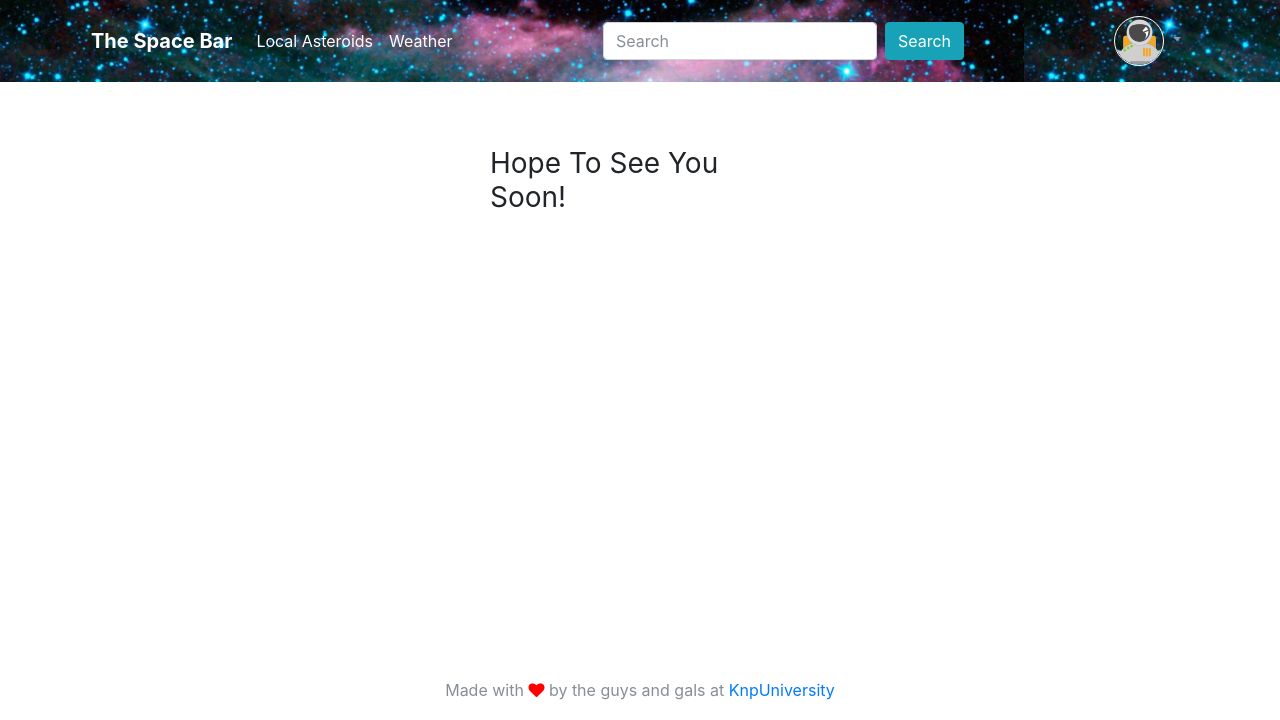
Repository: Ebrahim1820/symfony
Page: templates/security/logout.html.twig
An editor plug-in stored every save of this project. The page is shown before and after a run of saves, followed by the edit.
The browser window is 1280 px wide. The pictures show the whole page.
Some web libraries are served in a nearby version. The page is a Twig template of a Symfony application; nobody is signed in and links lead nowhere. The template is opened directly, without the code that normally fills it, so the values that code supplies are empty.

Above is the page before, as saved 2024-01-31 18:02:03.

### templates/security/logout.html.twig
{% extends 'base.html.twig' %}

{% block title %}Log in!{% endblock %}

{% block stylesheets %}

 {{parent()}}

 <link rel='stylesheet' href="{{ asset('css/login.css')}}">
{% endblock %}
{% block body %}





 <form class="form-signin" method="post">

        <h1 class="h3 mb-3 font-weight-normal">Hope To See You Soon! </h1>

    </form>

{% endblock %}

### templates/base.html.twig
<!doctype html>
<html lang="en">

    <head>
        <title>{% block title %}Welcome to the SpaceBar{% endblock %}</title>
        <meta charset="utf-8">
        <meta name="viewport" content="width=device-width, initial-scale=1, shrink-to-fit=no">

        {% block stylesheets %}
            <link rel="stylesheet" href="https://maxcdn.bootstrapcdn.com/bootstrap/4.0.0-beta.2/css/bootstrap.min.css" integrity="sha384-PsH8R72JQ3SOdhVi3uxftmaW6Vc51MKb0q5P2rRUpPvrszuE4W1povHYgTpBfshb" crossorigin="anonymous">
            <link rel='stylesheet' href="{{ asset('/css/font-awesome.css') }}">
            <link rel='stylesheet' href="{{ asset('/css/styles.css') }}">

        {% endblock %}
    </head>

    <body>
        <nav class="navbar navbar-expand-lg navbar-dark navbar-bg mb-5">
            <a style="margin-left: 75px;" class="navbar-brand space-brand" href="{{path('app_homepage')}}">The Space Bar</a>
            <button class="navbar-toggler" type="button" data-toggle="collapse" data-target="#navbarNavDropdown" aria-controls="navbarNavDropdown" aria-expanded="false" aria-label="Toggle navigation">
            <span class="navbar-toggler-icon"></span>
          </button>
            <div class="collapse navbar-collapse" id="navbarNavDropdown">
                <ul class="navbar-nav mr-auto">
                     <li class="nav-item">
                       <a style="color: #fff;" class="nav-link" href="#">Local Asteroids</a>
                     </li>
                     <li class="nav-item">
                       <a style="color: #fff;" class="nav-link" href="#">Weather</a>
                     </li>
                   </ul>
                <form class="form-inline my-2 my-lg-0">
                    <input class="form-control mr-sm-2" type="search" placeholder="Search" aria-label="Search">
                    <button class="btn btn-info my-2 my-sm-0" type="submit">Search</button>
                </form>
                <ul class="navbar-nav ml-auto">

                {# <li class="nav-item">
                       <a style="color: #fff;" class="nav-link" href="{{path('app_login')}}">Login</a>
                     </li> #}
                    <li class="nav-item dropdown" style="margin-right: 75px;">
                        <a class="nav-link dropdown-toggle" href="http://example.com" id="navbarDropdownMenuLink" data-toggle="dropdown" aria-haspopup="true" aria-expanded="false">
                  <img class="nav-profile-img rounded-circle" src="{{ asset('images/astronaut-profile.png') }}">
                </a>
                        <div class="dropdown-menu" aria-labelledby="navbarDropdownMenuLink">
                            {# <a class="dropdown-item" href="#">Profile</a>
                            <a class="dropdown-item" href="#">Create Post</a> #}
                            <a class="dropdown-item" href="/{{app.user ? 'logout':'login'}}">{{app.user ? 'Logout':'Login'}}</a>
                        </div>
                    </li>
                </ul>
            </div>
        </nav>

        {% block body %}{% endblock %}

        <footer class="footer">
            <div class="container text-center">
                <span class="text-muted">Made with <i class="fa fa-heart" style="color: red;"></i> by the guys and gals at <a href="https://knpuniversity.com">KnpUniversity</a></span>
            </div>
        </footer>


        {% block javascripts %}
            <script src="https://code.jquery.com/jquery-3.2.1.min.js" integrity="sha256-hwg4gsxgFZhOsEEamdOYGBf13FyQuiTwlAQgxVSNgt4=" crossorigin="anonymous"></script>
            <script src="https://cdnjs.cloudflare.com/ajax/libs/popper.js/1.12.3/umd/popper.min.js" integrity="sha384-vFJXuSJphROIrBnz7yo7oB41mKfc8JzQZiCq4NCceLEaO4IHwicKwpJf9c9IpFgh" crossorigin="anonymous"></script>
            <script src="https://maxcdn.bootstrapcdn.com/bootstrap/4.0.0-beta.2/js/bootstrap.min.js" integrity="sha384-alpBpkh1PFOepccYVYDB4do5UnbKysX5WZXm3XxPqe5iKTfUKjNkCk9SaVuEZflJ" crossorigin="anonymous"></script>
            <script>
                $('.dropdown-toggle').dropdown();
            </script>
        {% endblock %}
    </body>
</html>

### public/css/styles.css
body {
    position: relative;
    background: #efefee;
    min-height: 45rem;
    padding-bottom: 80px;
}

html {height:100%}

/* NAVIGATION */

.navbar-bg {
    background: url('../images/space-nav.jpg');
    background-size: 80%;
}

.dropdown-menu, .dropdown-menu.show {
    right: 0;
}

.space-brand {
    color: #fff;
    font-weight: bold;
}

.nav-profile-img {
    width: 50px;
    border: 1px solid #fff;
}


/* LOGIN REGISTRATION */

.form-container {
    border-left: 1px solid #ddd;
    border-right: 1px solid #ddd;
    border-bottom: 1px solid #ddd;
    background: #fff;
}

.inactive {
    border-color: lightgray lightgray lightgray;
    background: darkgray;
    color: #fff;
}

.nav-tabs .nav-link:focus, .nav-tabs .nav-link:hover {
    color: #efefee;
}

/* ADVERTISEMENT */

.ad-space {
    background: #fff;
    border-radius: 5px;
    border-top: 5px solid green;
}

.advertisement-img {
    width: 150px;
    height: auto;
    border: 2px solid #efefee;
    border-radius: 5px;
}

.advertisement-text {
    font-weight: bold;
}

.quote-space {
    background: #fff;
    margin-top: 30px;
    border-radius: 5px;
    border-top: 5px solid hotpink;
}

/* ARTICLES */

.main-article {
    border: 2px solid #efefee;
    Background: #fff;
    border-top-left-radius: 6px;
    border-top-right-radius: 6px;
}

.main-article img {
    width: 100%;
    height: 250px;
    border-top-right-radius: 5px;
    border-top-left-radius: 5px;
    border-top: 5px solid lightblue;
}

.article-container {
    border: 1px solid #efefee;
    border-top-left-radius: 5px;
    border-bottom-left-radius: 5px;
    background: #fff;
}

.main-article-link, .article-container a {
    text-decoration: none;
    color: #000;
}

.main-article-link:hover {
    text-decoration: none;
    color: #000;
}

.article-title {
    min-width: 300px;

}

@media (max-width: 440px) {
    .article-title {
        min-width: 100px;
        max-width: 245px;
    }
}

.article-img {
    height: 100px;
    width: 100px;
    border-top-left-radius: 5px;
    border-bottom-left-radius: 5px;
}

.article-author-img {
    height: 25px;
    border: 1px solid darkgray;
}

.article-details {
    font-size: .8em;
}

/* PROFILE */

.profile-img {
    width: 150px;
    height: auto;
    border: 2px solid #fff;
}

.profile-name {
    font-size: 1.5em;
}

.my-article-container {
    background: #FFBC49;
    border: solid 1px #efefee;
    border-radius: 5px;
}


/* CREATE ARTICLE */

.create-article-container {
    min-width: 400px;
    background-color: lightblue;
    border-radius: 5px;
}

/* ARTICLE SHOW PAGE */

.show-article-container {
    width: 100%;
    background-color: #fff;

}

.show-article-img {
    width: 250px;
    height: auto;
    border-radius: 5px;
}

.show-article-title {
    font-size: 2em;
}

.like-article, .like-article:hover {
    color: red;
    text-decoration: none;
}

@media (max-width: 991px) {
    .show-article-title {
        font-size: 1.5em;
    }

    .show-article-title-container {
        max-width: 220px;
    }
}

.article-text {
    margin-top: 20px;
}

.share-icons i {
    font-size: 1.5em;
}

.comment-img {
    width: 50px;
    height: auto;
    border: 1px solid darkgray;
}

.commenter-name {
    font-weight: bold;
}

.comment-form {
    min-width: 500px;
}

@media (max-width: 767px) {
    .comment-form {
        min-width: 260px;
    }
}



/* FOOTER */

.footer {
  position: absolute;
  bottom: 0;
  width: 100%;
  height: 60px; /* Set the fixed height of the footer here */
  line-height: 60px; /* Vertically center the text there */
  background-color: #fff;
  margin-top: 10px;
}

Loaded but not shown: public/css/font-awesome.css (library); public/css/login.css (common file)

After the next 2 saves:
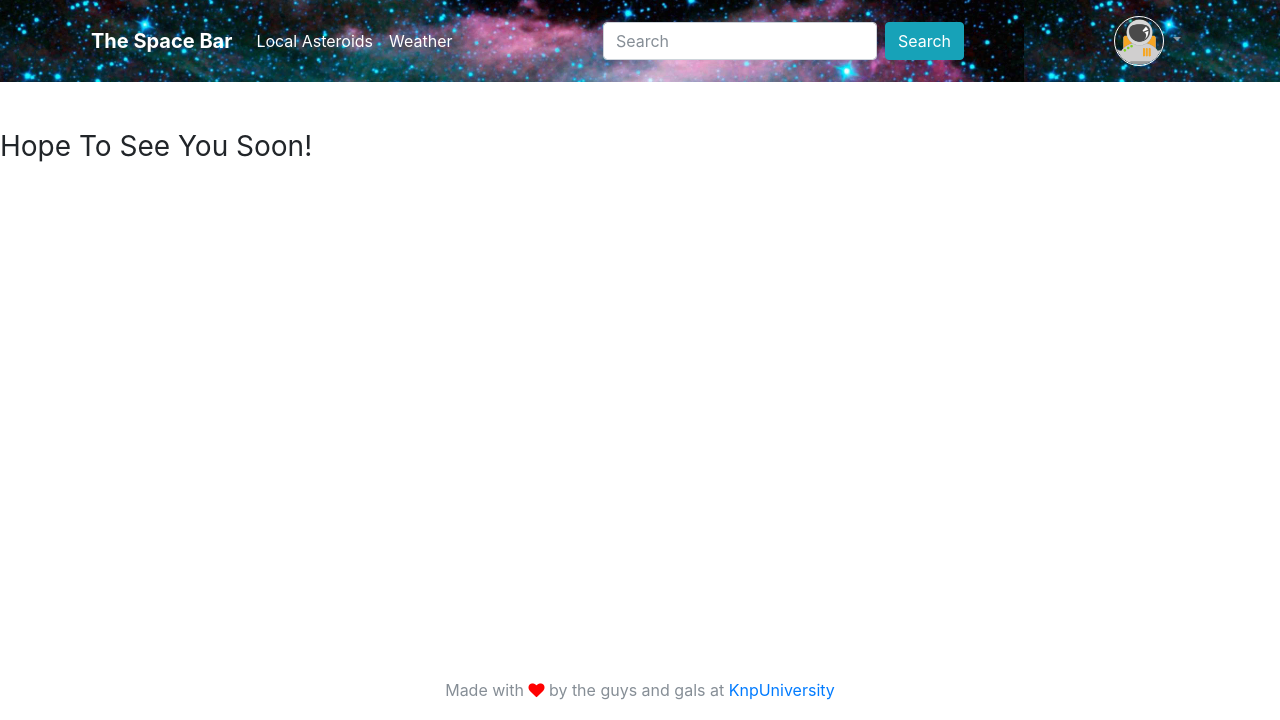
The 2 saves are shown as one change because they came seconds apart.
The last was saved 8 s later.
--- a/templates/security/logout.html.twig
+++ b/templates/security/logout.html.twig
@@ -14,10 +14,10 @@
 
 
 
- <form class="form-signin" method="post">
+
 
         <h1 class="h3 mb-3 font-weight-normal">Hope To See You Soon! </h1>
 
-    </form>
+
 
 {% endblock %}
